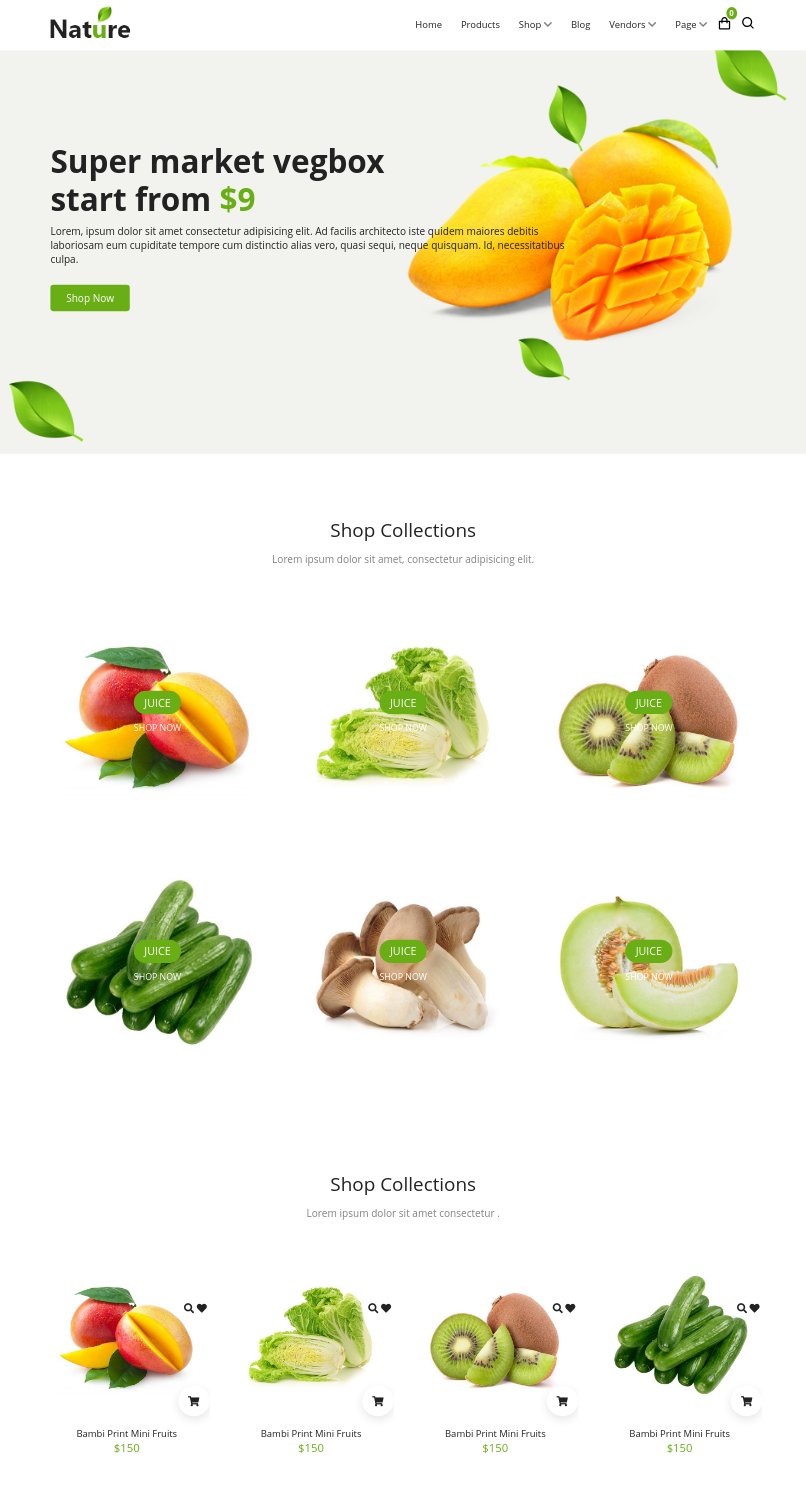
Repository: hoanggiainfomation/hoanggiainfomation.github.io
Page: index.html
An editor plug-in stored every save of this project. The page is shown before and after the next save, followed by the edit.
The browser window is 1280 px wide. The pictures show the whole page, at 63% of full size.
Some web libraries are served in a nearby version.

Above is the page before, as saved 2021-08-17 21:23:51.

After the next save:
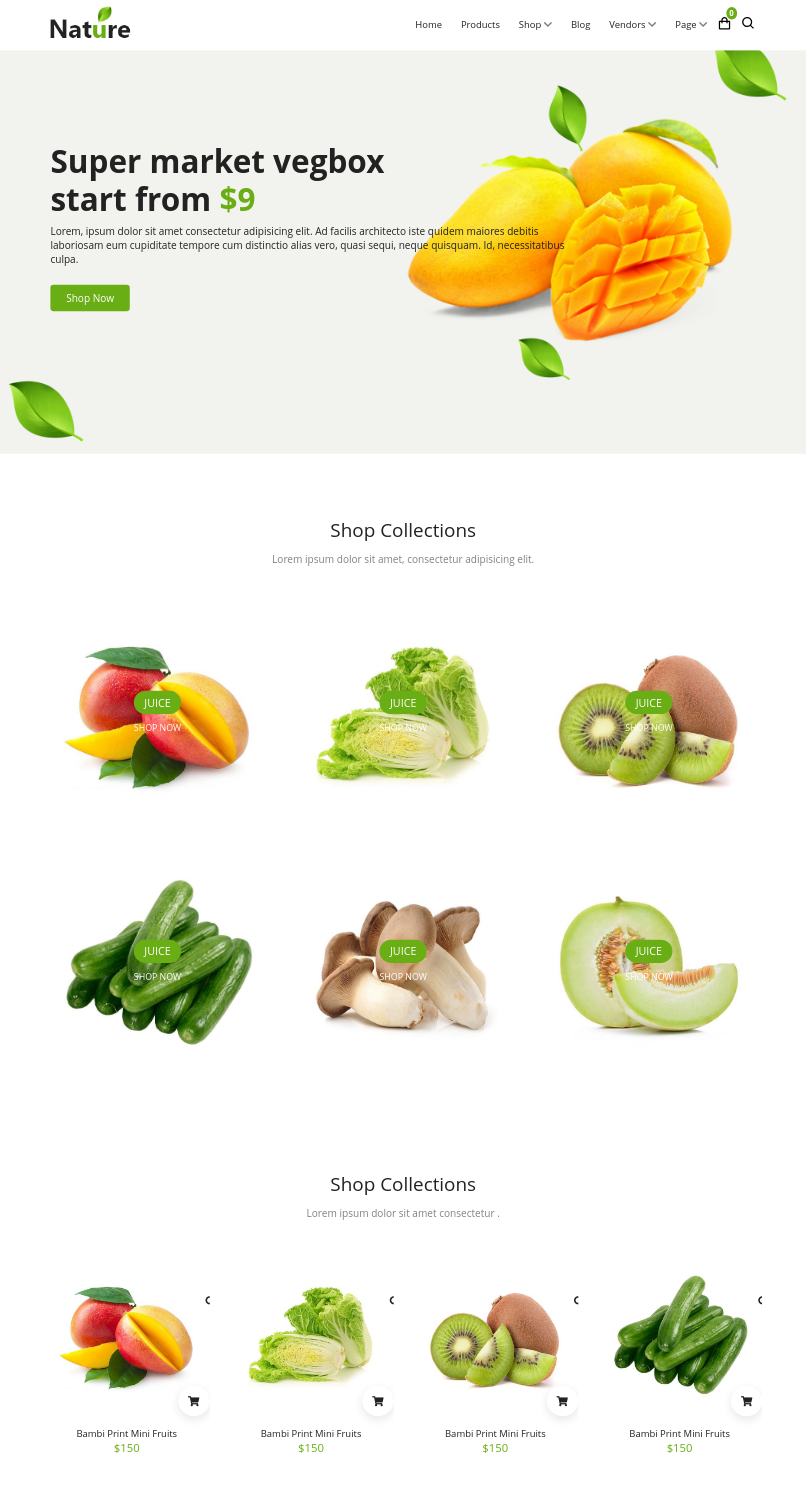
Saved 34 s later.
--- a/styles.css
+++ b/styles.css
@@ -699,4 +699,6 @@ section .title span {
   position: absolute;
   right: 0;
   top: 30%;
-}
+  transform: translate(80%, -50%);
+  display: flex;
+}
